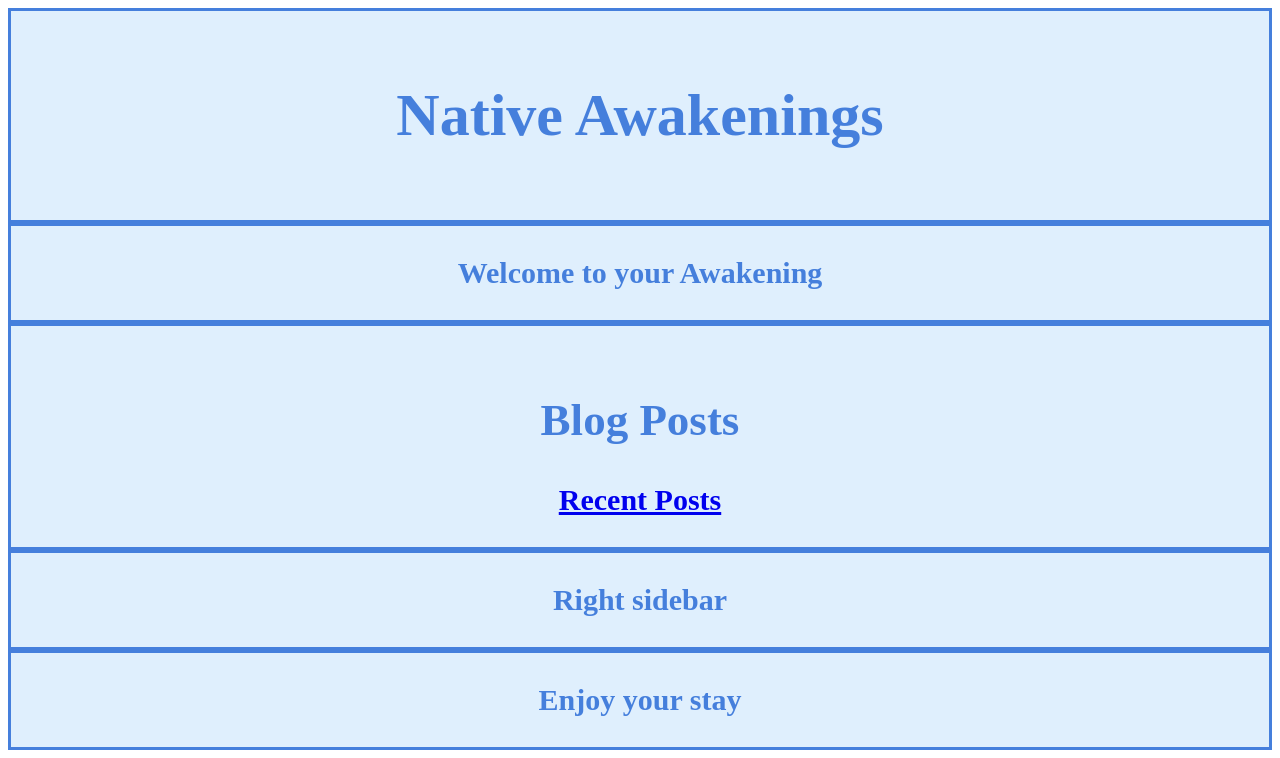
Repository: Gregg-Hendrix/blog-project
Page: index.html
The author's editor kept a copy of each file at every save. The page is drawn from the files as they stood at one save, then again after the next save.
The browser window is 1280 px wide. The pictures show the whole page.

Above is the page before, as saved 2021-03-15 14:06:57.

### index.html
<!DOCTYPE html>
<html lang="en">
    <head>
        <meta charset="utf-8">
        <title>Native Awakenings</title>
        <meta content="width=device-width, initial-scale=1, maximum-scale=1" name="viewport"/>
        <link rel="stylesheet" href="stylesheet.css">

         </head>
    <body>
<div class="container">
  <header><h1>Native Awakenings</h1></header>
  <main>Welcome to your Awakening</main>
  <aside class="left-sidebar"><h1>Blog Posts</h1><a href="meditation.html">Recent Posts</a></aside>
  <aside class="right-sidebar">Right sidebar</aside>
  <footer>Enjoy your stay</footer>
</div>
            <!-- <header class="header">Native Awakenings</header>
            <h1 class="intro">Welcome to your Awakening</h1>
            <div class="container">
            <nav>what</nav>
            <article class="container">Mindful Musings</article>
            <sidebar class="sidebar"><h1>Blog Posts</h1><a href="meditation.html">Recent Posts</a></sidebar>
            <footer class="footer">Enjoy your stay</footer> -->
        </div>
    </body>
</html>

### stylesheet.css
HTML CSSResult Skip Results Iframe
EDIT ON
.container {
  display: grid;
  grid-template-columns: 11rem 1fr 11rem;
  grid-gap: 0.625rem;
}

.container > * {
  padding: 1.875rem;
  font-size: 1.875rem;
  font-weight: 800;
  text-align: center;
  background: #dfeffd;
  border: 3px solid #457fdc;
  color: #457fdc;
}
header,
footer {
  grid-column: 1 / span 3;
}
.left-sidebar {
  grid-area: 2 / 1;
}

After the next save:
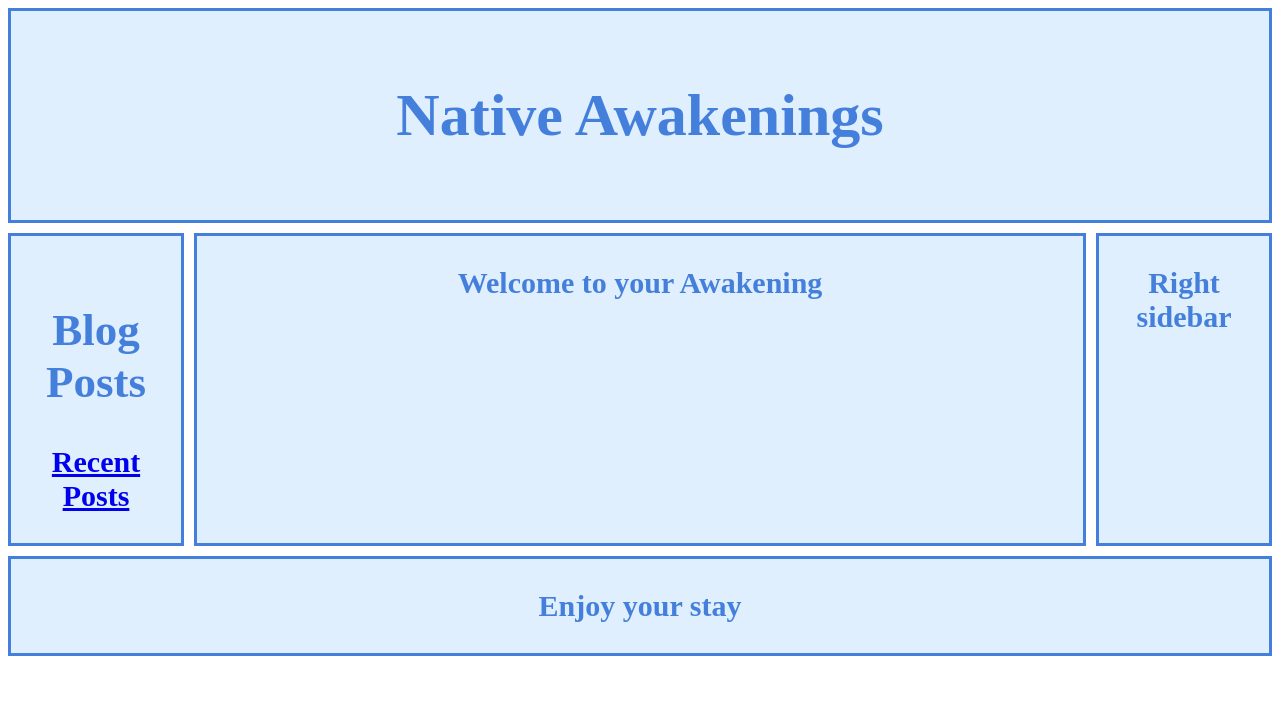
Saved 10 s later.
--- a/stylesheet.css
+++ b/stylesheet.css
@@ -1,5 +1,4 @@
-HTML CSSResult Skip Results Iframe
-EDIT ON
+
 .container {
   display: grid;
   grid-template-columns: 11rem 1fr 11rem;
